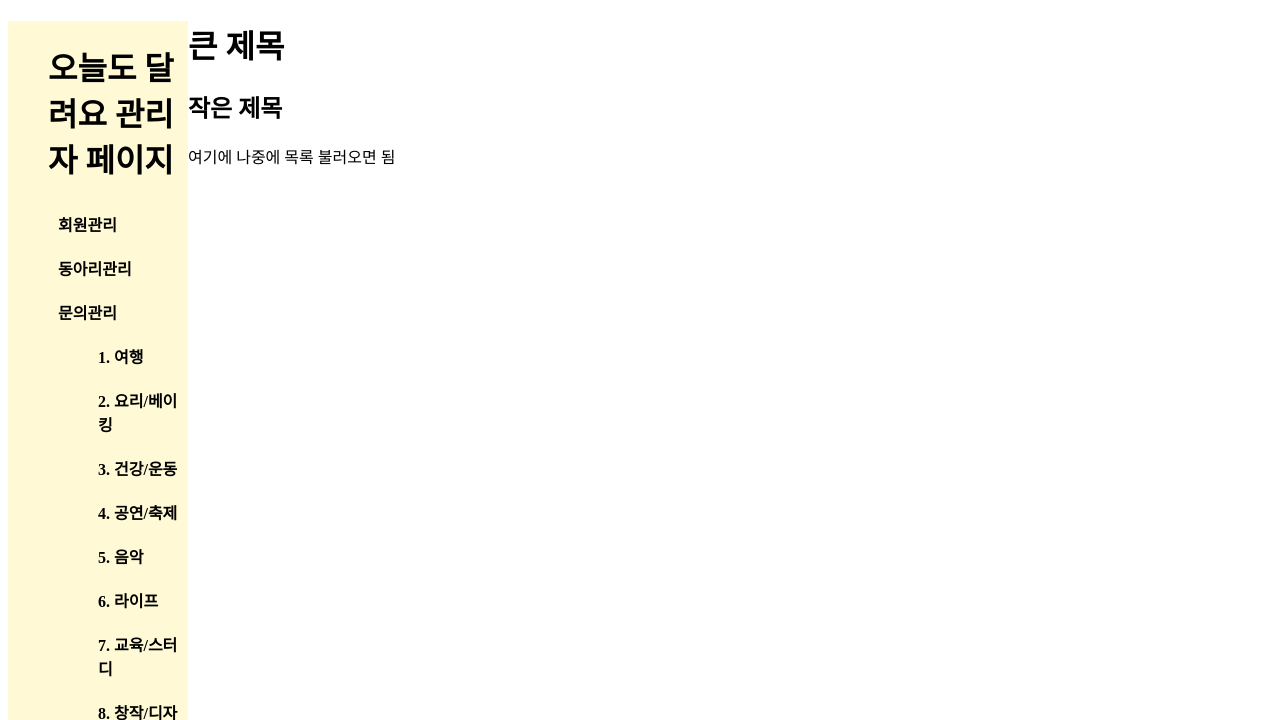
Repository: hyodii/FinalProject
Page: http://localhost/ViewPage/beeAdminPageSideTab.jsp
The author's editor kept a copy of each file at every save. The page is drawn from the files as they stood at one save, then again after the next save.
The browser window is 1280 px wide. The pictures show the whole page.
The page is served by Tomcat 9.

Above is the page before, as saved 2021-12-03 11:18:08.

### ViewPage/WebContent/beeAdminPageSideTab.jsp
<%@ page language="java" contentType="text/html; charset=UTF-8"
	pageEncoding="UTF-8"%>
<!DOCTYPE html>
<html>
<head>
<meta charset="UTF-8">
<title>beeAdminPageSideTab.jsp</title>
<style type="text/css">
.sidebardiv
{
	list-style-type: none;
	padding: 0px;
	margin: 0px;
	width: 25vh;
	background: #FFFAD5;
	height: 100%;
	overflow: auto;
	position: fixed;
}
ul.sidebar, ul.subSidebar
{
	list-style: none;
}
.sidebar li a
{
	text-decoration: none;
	padding: 10px;
	display: block;
	color: #000;
	font-weight: bold;
}

.sidebar li a:hover
{
	background: #ffd34e;
	color: #fff;
}

/* 나중에 여기에 내용 적을 때 적용 css */
.cd1
{
	margin-left: 25vh;
}
</style>

</head>
<body>

<div class="sidebardiv">
	<ul class="sidebar">
		<li><h1>오늘도 달려요 관리자 페이지</h1></li>
		<li><a href="#">회원관리</a>
		</li>
		<li><a href="#">동아리관리</a>
		</li>
		<li><a href="#">문의관리</a>
			<ul class="subSidebar">
				<li><a href="#">1. 여행</a></li>
				<li><a href="#">2. 요리/베이킹</a></li>
				<li><a href="#">3. 건강/운동</a></li>
				<li><a href="#">4. 공연/축제</a></li>
				<li><a href="#">5. 음악</a></li>
				<li><a href="#">6. 라이프</a></li>
				<li><a href="#">7. 교육/스터디</a></li>
				<li><a href="#">8. 창작/디자인</a></li>
				<li><a href="#">9. 사진/영상</a></li>
				<li><a href="#">10. 게임/오락</a></li>
				<li><a href="#">11. 자유주제</a></li>
			</ul>
		</li>
	</ul>
</div>



<div class="cd1">
	<h1>큰 제목</h1>
	<h2>작은 제목</h2>
	<p>여기에 나중에 목록 불러오면 됨</p>


</div>

</body>
</html>

After the next save:
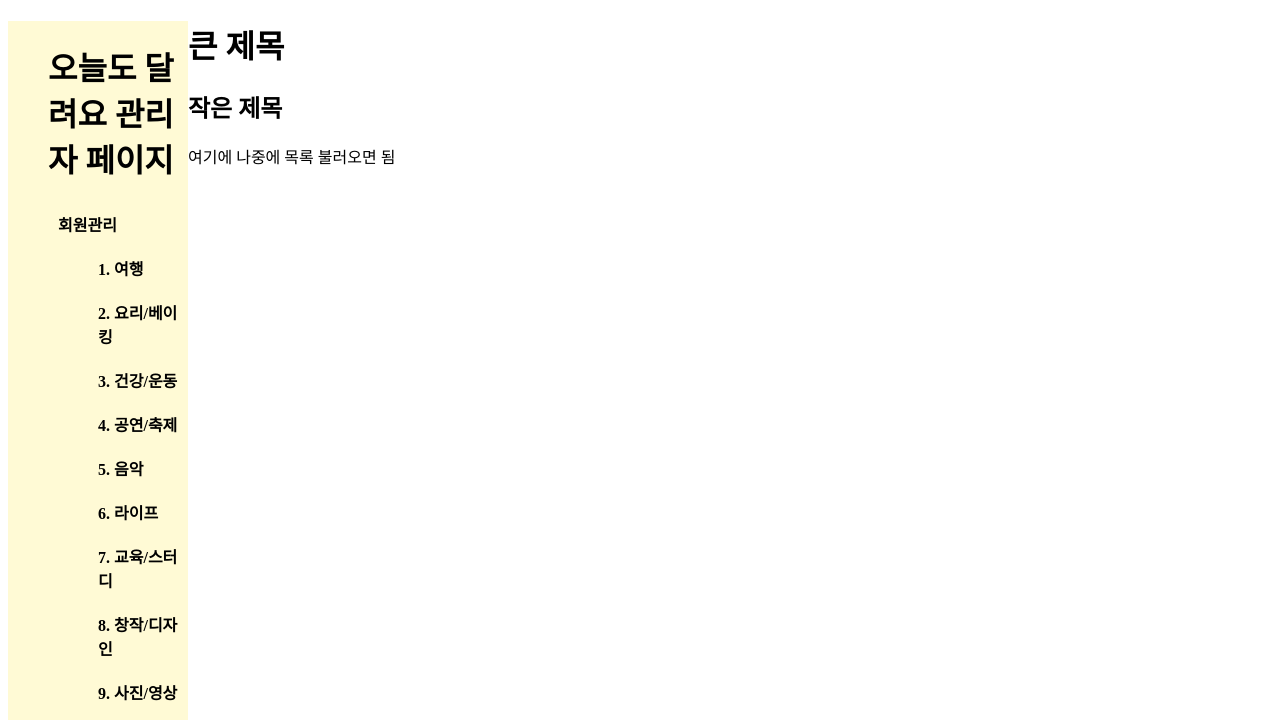
Saved 11 s later.
--- a/ViewPage/WebContent/beeAdminPageSideTab.jsp
+++ b/ViewPage/WebContent/beeAdminPageSideTab.jsp
@@ -50,8 +50,34 @@
 	<ul class="sidebar">
 		<li><h1>오늘도 달려요 관리자 페이지</h1></li>
 		<li><a href="#">회원관리</a>
+			<ul class="subSidebar">
+				<li><a href="#">1. 여행</a></li>
+				<li><a href="#">2. 요리/베이킹</a></li>
+				<li><a href="#">3. 건강/운동</a></li>
+				<li><a href="#">4. 공연/축제</a></li>
+				<li><a href="#">5. 음악</a></li>
+				<li><a href="#">6. 라이프</a></li>
+				<li><a href="#">7. 교육/스터디</a></li>
+				<li><a href="#">8. 창작/디자인</a></li>
+				<li><a href="#">9. 사진/영상</a></li>
+				<li><a href="#">10. 게임/오락</a></li>
+				<li><a href="#">11. 자유주제</a></li>
+			</ul>
 		</li>
 		<li><a href="#">동아리관리</a>
+			<ul class="subSidebar">
+				<li><a href="#">1. 여행</a></li>
+				<li><a href="#">2. 요리/베이킹</a></li>
+				<li><a href="#">3. 건강/운동</a></li>
+				<li><a href="#">4. 공연/축제</a></li>
+				<li><a href="#">5. 음악</a></li>
+				<li><a href="#">6. 라이프</a></li>
+				<li><a href="#">7. 교육/스터디</a></li>
+				<li><a href="#">8. 창작/디자인</a></li>
+				<li><a href="#">9. 사진/영상</a></li>
+				<li><a href="#">10. 게임/오락</a></li>
+				<li><a href="#">11. 자유주제</a></li>
+			</ul>
 		</li>
 		<li><a href="#">문의관리</a>
 			<ul class="subSidebar">
